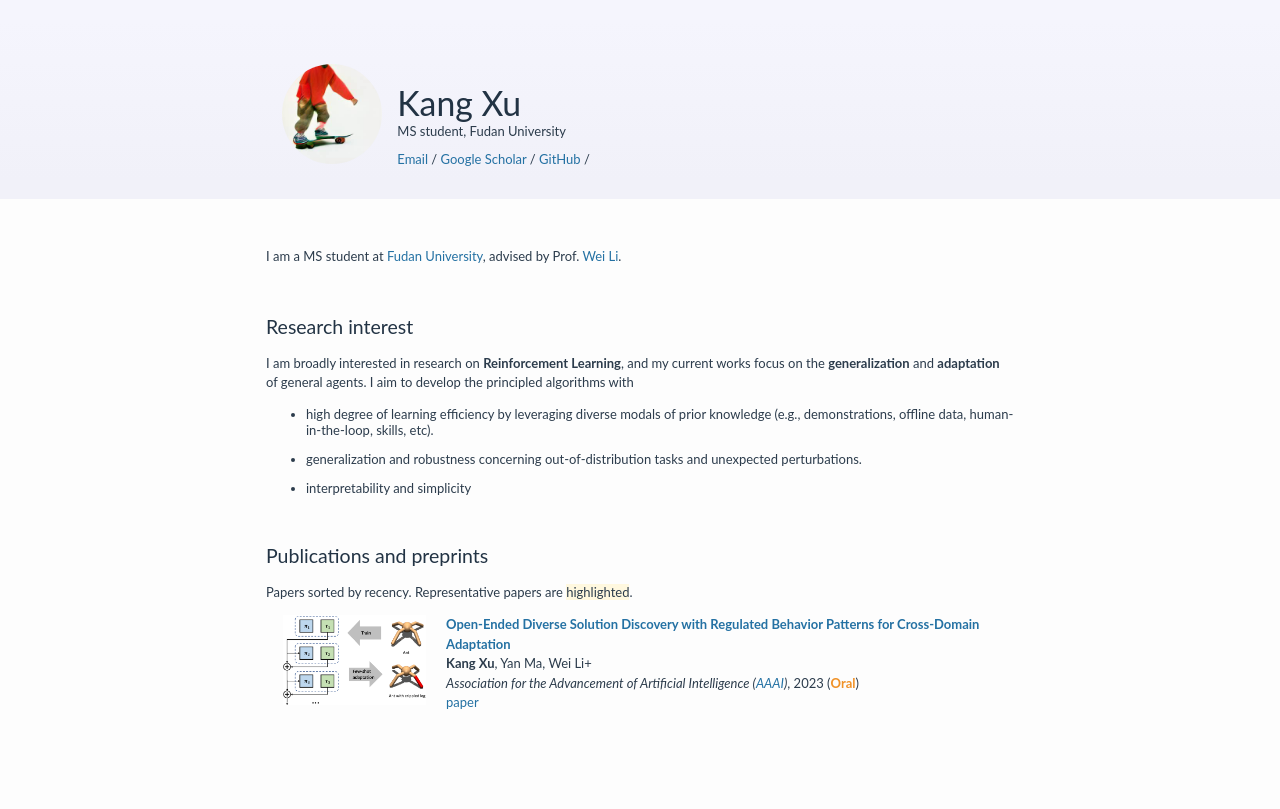
Repository: Kavka1/kang-xu.github.io
Page: index.html
An editor plug-in stored every save of this project. The page is shown before and after the next save, followed by the edit.
The browser window is 1280 px wide. The pictures show the whole page.

Above is the page before, as saved 2023-05-19 12:11:31.

After the next save:
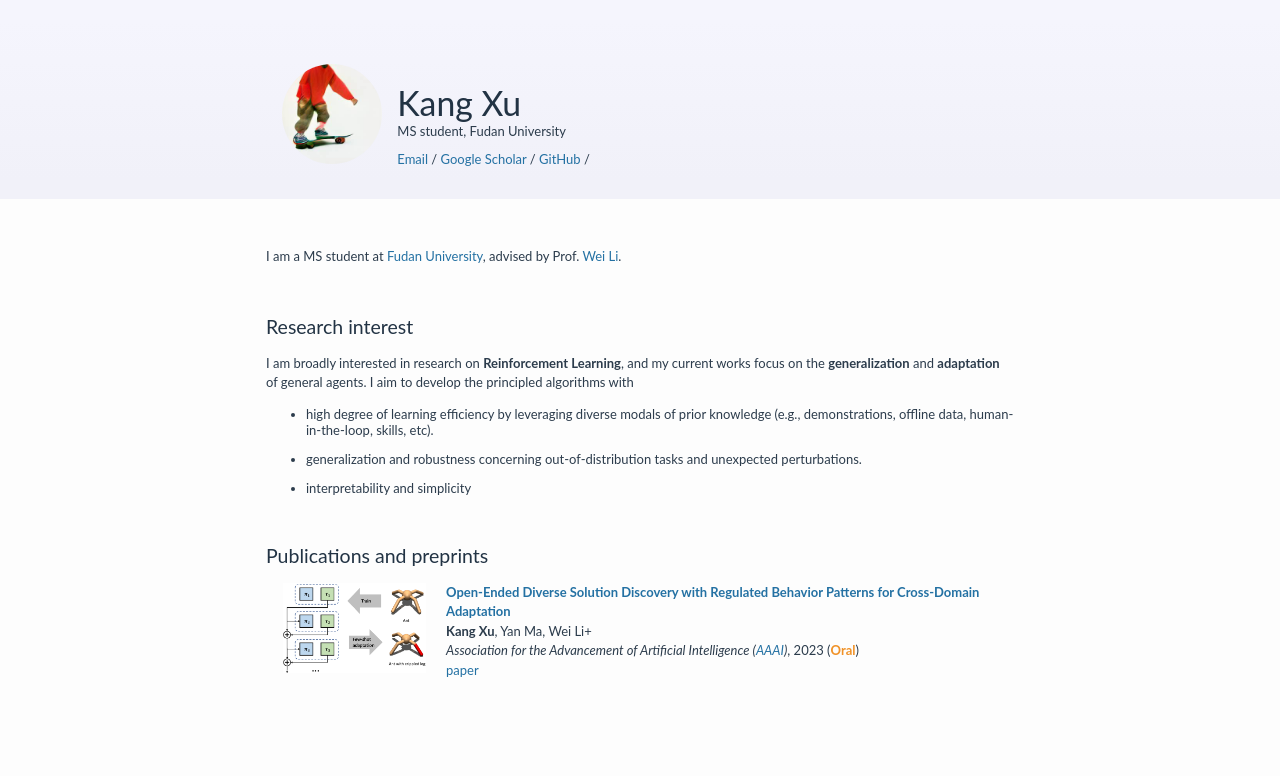
Saved 16 s later.
--- a/index.html
+++ b/index.html
@@ -73,7 +73,7 @@
     </div>
     <div>
         <h2 class="noselect">Publications and preprints</h2>
-        <p>Papers sorted by recency. Representative papers are <span style="background-color: #fff8df">highlighted</span>.</p>
+        <!-- <p>Papers sorted by recency. Representative papers are <span style="background-color: #fff8df">highlighted</span>.</p> -->
         <div class="publication row clearfix">
             <div class="row-media" style="background-image: url(files/DiR.png);"></div>
             <div class="row-text">
